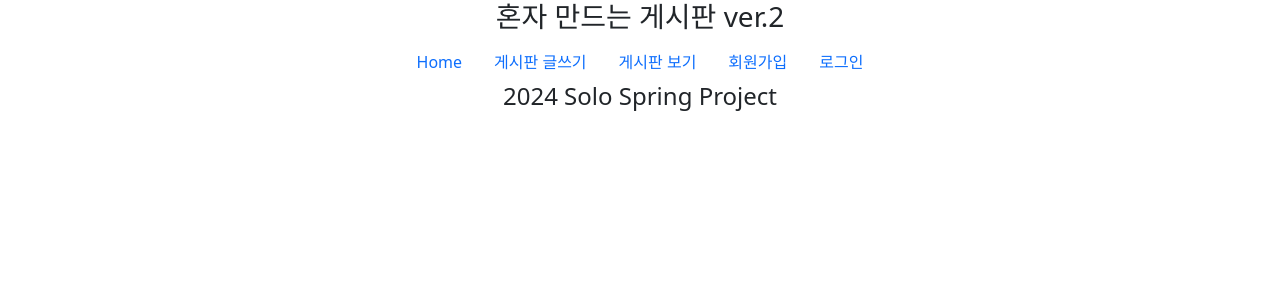
Repository: nefer2/Spring_test
Page: http://localhost/spring_test7/WEB-INF/views/board/register.jsp
The author's editor kept a copy of each file at every save. The page is drawn from the files as they stood at one save, then again after the next save.
The browser window is 1280 px wide. The pictures show the whole page.
The page is served by Tomcat 9. Nobody is signed in. Other server files are loaded and not shown. The template is opened directly, without the code that normally fills it, so the values that code supplies are empty.

Above is the page before, as saved 2024-01-17 03:53:34.

### spring_test7/src/main/webapp/WEB-INF/views/board/register.jsp
<%@ page language="java" contentType="text/html; charset=UTF-8"
    pageEncoding="UTF-8"%>
<%@ taglib uri="http://java.sun.com/jsp/jstl/core" prefix="c" %>
<%@ taglib uri="http://www.springframework.org/security/tags" prefix ="sec" %>



<jsp:include page="../layout/header.jsp"></jsp:include>
<jsp:include page="../layout/navbar.jsp"></jsp:include>




<jsp:include page="../layout/footer.jsp"></jsp:include>

### spring_test7/src/main/webapp/WEB-INF/views/layout/header.jsp
<%@ page language="java" contentType="text/html; charset=UTF-8"
    pageEncoding="UTF-8"%>
<!DOCTYPE html>
<html>
<head>
<h3 style="text-align: center;">혼자 만드는 게시판 ver.2</h3>
</head>

### spring_test7/src/main/webapp/WEB-INF/views/layout/navbar.jsp
<%@ page language="java" contentType="text/html; charset=UTF-8"
    pageEncoding="UTF-8"%>


<script src="https://cdn.jsdelivr.net/npm/bootstrap@5.3.1/dist/js/bootstrap.bundle.min.js" integrity="sha384-HwwvtgBNo3bZJJLYd8oVXjrBZt8cqVSpeBNS5n7C8IVInixGAoxmnlMuBnhbgrkm" crossorigin="anonymous"></script>
<link href="https://cdn.jsdelivr.net/npm/bootstrap@5.3.1/dist/css/bootstrap.min.css" rel="stylesheet" integrity="sha384-4bw+/aepP/YC94hEpVNVgiZdgIC5+VKNBQNGCHeKRQN+PtmoHDEXuppvnDJzQIu9" crossorigin="anonymous">


<ul class="nav justify-content-center">

  <li class="nav-item">
    <a class="nav-link active" aria-current="page" href="/">Home</a>
  </li>
  <li class="nav-item">
    <a class="nav-link" href="#">게시판 글쓰기</a>
  </li>
  <li class="nav-item">
    <a class="nav-link" href="#">게시판 보기</a>
  </li>
    <li class="nav-item">
    <a class="nav-link" href="#">회원가입</a>
  </li>
    <li class="nav-item">
    <a class="nav-link" href="#">로그인</a>
  </li>
</ul>

### spring_test7/src/main/webapp/WEB-INF/views/layout/footer.jsp
<%@ page language="java" contentType="text/html; charset=UTF-8"
    pageEncoding="UTF-8"%>




<div><h4 style="text-align: center;">2024 Solo Spring Project</h4></div>

</body>
</html>

After the next save:
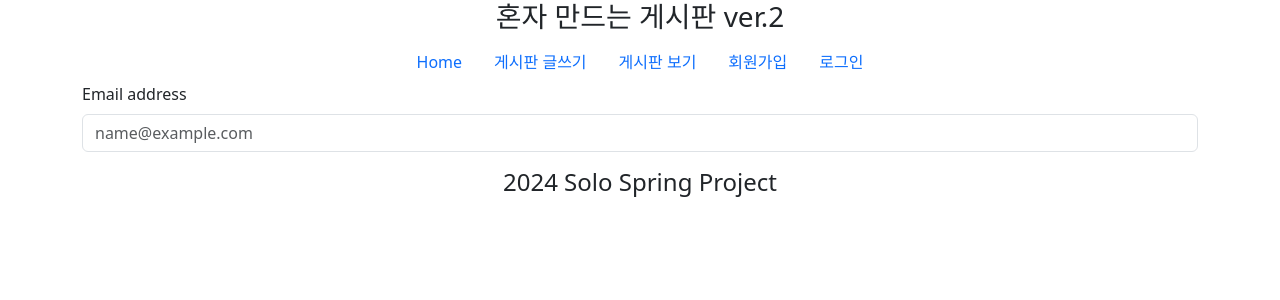
Saved 4 min 35 s later.
--- a/spring_test7/src/main/webapp/WEB-INF/views/board/register.jsp
+++ b/spring_test7/src/main/webapp/WEB-INF/views/board/register.jsp
@@ -9,6 +9,20 @@
 <jsp:include page="../layout/navbar.jsp"></jsp:include>
 
 
+<div class="container-md">
+	<form action="">
+		<div class="mb-3">
+		  <label for="exampleFormControlInput1" class="form-label">Email address</label>
+		  <input type="email" class="form-control" id="exampleFormControlInput1" placeholder="name@example.com">
+		</div>
+	</form>
+</div>
+
+
+
+
+
+
 
 
 <jsp:include page="../layout/footer.jsp"></jsp:include>
